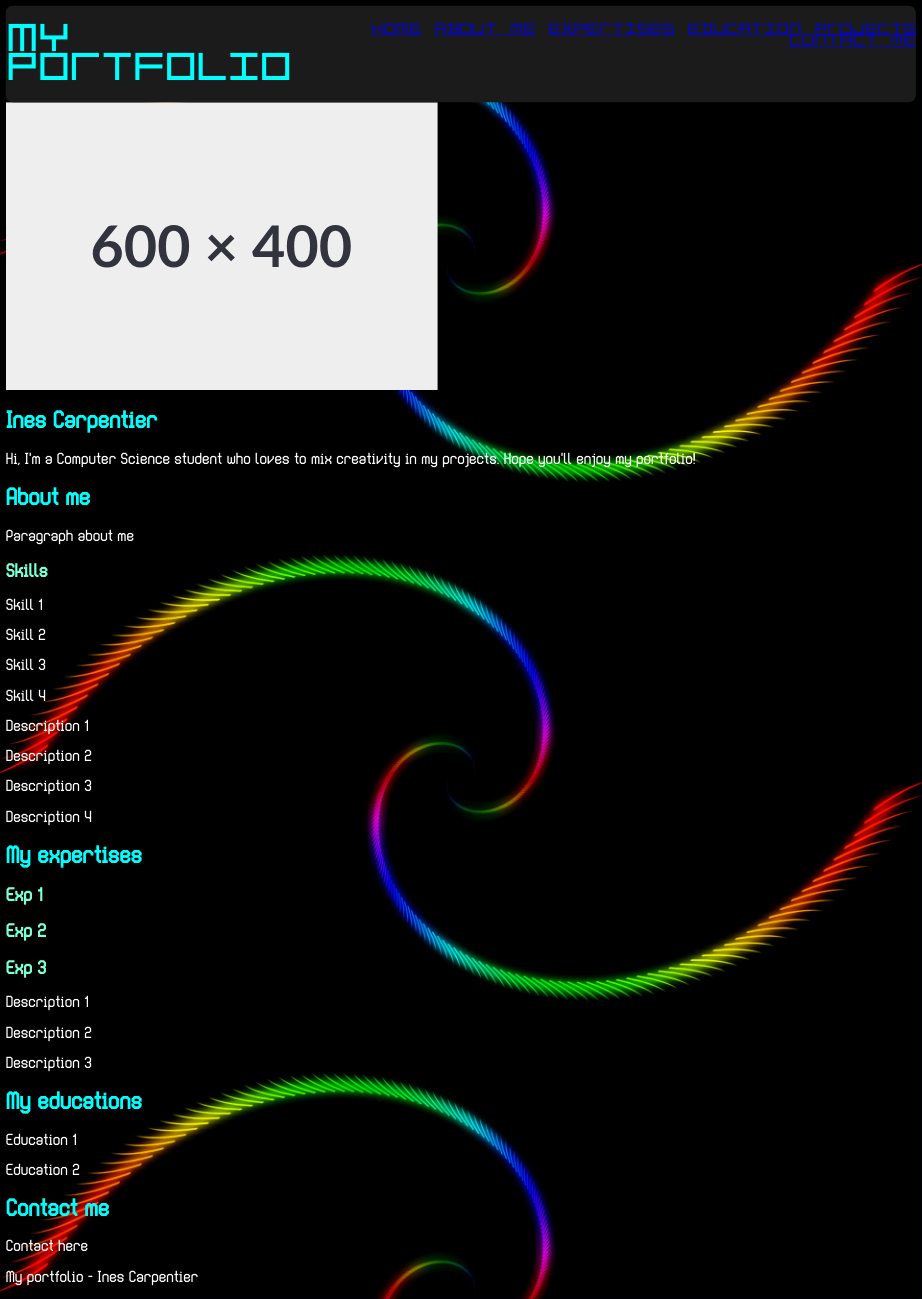
Repository: InsCarp/InsCarp
Page: index.html
An editor plug-in stored every save of this project. The page is shown before and after the next save, followed by the edit.
The browser window is 1280 px wide. The pictures show the whole page, at 72% of full size.
Backgrounds fixed to the window are drawn as part of the page.

Above is the page before, as saved 2026-04-22 11:25:23.

After the next save:
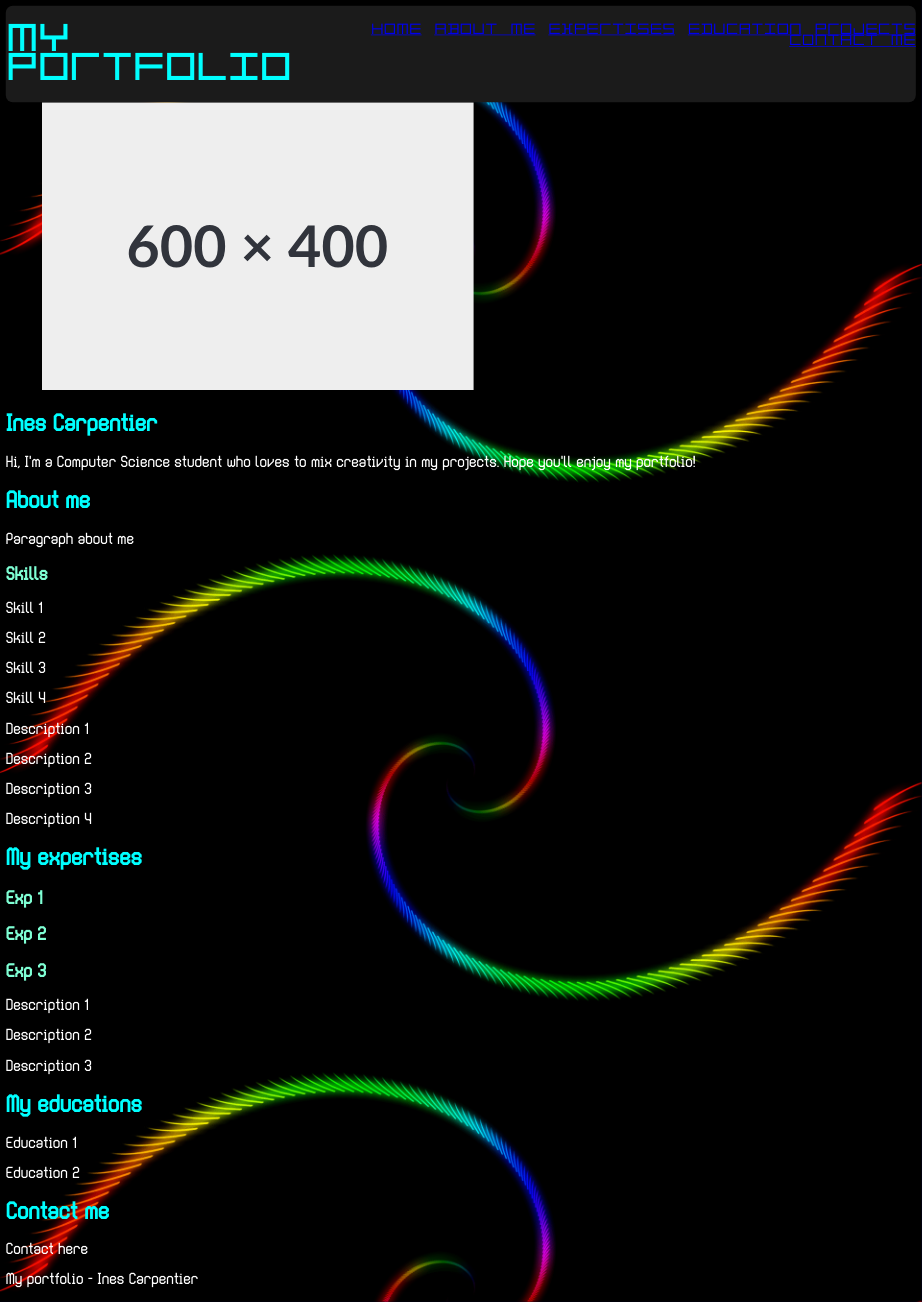
Saved 25 s later.
--- a/styles/index.css
+++ b/styles/index.css
@@ -1,4 +1,3 @@
 #Me{
-    display:flex;
-    text-align: center;
+    margin-left:50px;
 }
